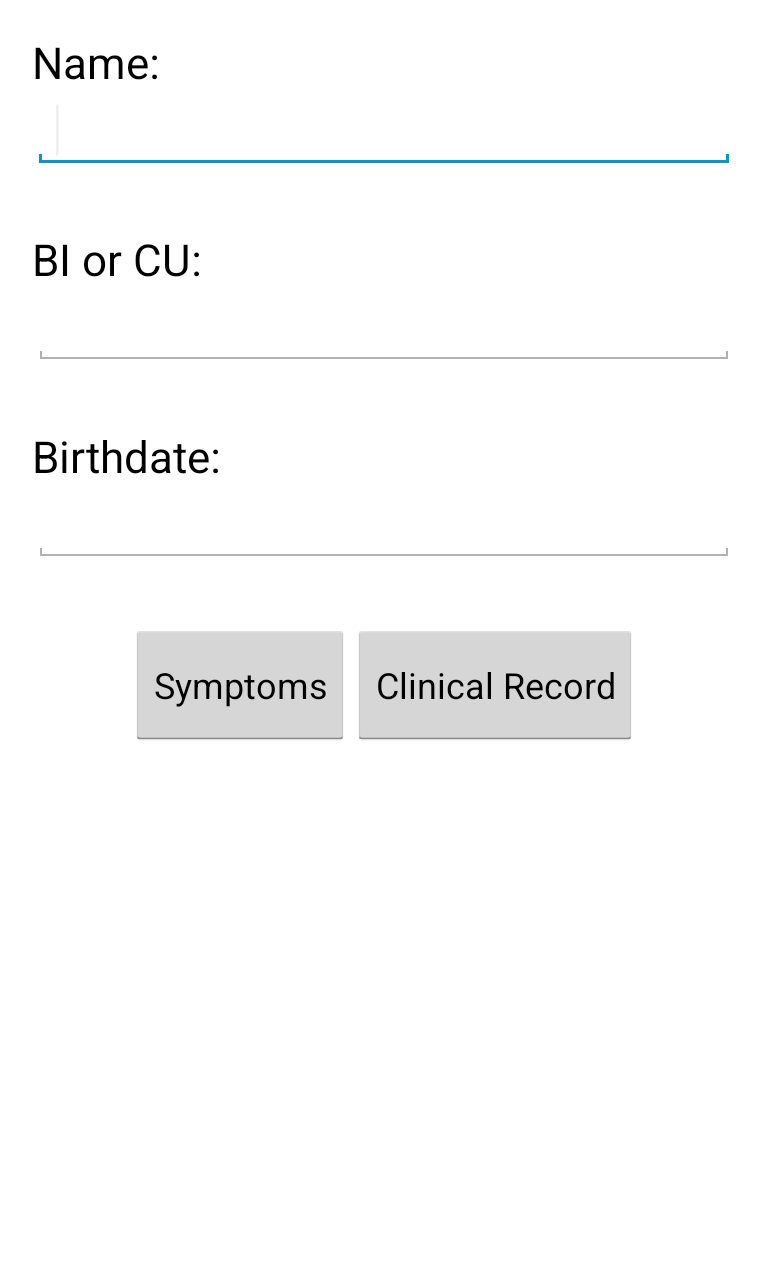
Repository: diogosufil/AcupunturaClienteAndroid
Layout: AcupunturaClienteAndroid/res/layout/activity_appointment.xml
These files come from the project's save history. The layout is drawn as it stood at one moment and after the next save; the edit follows.
It is drawn on a 768 x 1280 px phone screen (xhdpi) without system bars, with theme AppTheme; the app's code is not run.

Above is the layout before, as saved 2015-01-07 15:25:14.

### AcupunturaClienteAndroid/res/layout/activity_appointment.xml
<LinearLayout xmlns:android="http://schemas.android.com/apk/res/android"
    xmlns:tools="http://schemas.android.com/tools"
    android:id="@+id/LinearLayout1"
    android:layout_width="match_parent"
    android:layout_height="match_parent"
    android:orientation="vertical"
    android:paddingBottom="@dimen/activity_vertical_margin"
    android:paddingLeft="@dimen/activity_horizontal_margin"
    android:paddingRight="@dimen/activity_horizontal_margin"
    android:paddingTop="@dimen/activity_vertical_margin"
    tools:context="com.example.acupunturaclienteandroid.Appointment" >

    <TextView
        android:id="@+id/textViewGetExtra"
        android:layout_width="wrap_content"
        android:layout_height="wrap_content"
        android:text="@string/name"
        android:textAppearance="?android:attr/textAppearanceLarge" />

    <EditText
        android:id="@+id/editText1"
        android:layout_width="match_parent"
        android:layout_height="wrap_content"
        android:ems="10" >

        <requestFocus />
    </EditText>

    <TextView
        android:id="@+id/textView2"
        android:layout_width="wrap_content"
        android:layout_height="wrap_content"
        android:text="@string/nothing"
        android:textAppearance="?android:attr/textAppearanceLarge" />

    <TextView
        android:id="@+id/textView1"
        android:layout_width="wrap_content"
        android:layout_height="wrap_content"
        android:text="@string/bi_Cu"
        android:textAppearance="?android:attr/textAppearanceLarge" />

    <EditText
        android:id="@+id/editText2"
        android:layout_width="match_parent"
        android:layout_height="wrap_content"
        android:ems="10" />

    <TextView
        android:id="@+id/textView3"
        android:layout_width="wrap_content"
        android:layout_height="wrap_content"
        android:text="@string/nothing"
        android:textAppearance="?android:attr/textAppearanceLarge" />

    <TextView
        android:id="@+id/textView4"
        android:layout_width="wrap_content"
        android:layout_height="wrap_content"
        android:text="@string/birthdate"
        android:textAppearance="?android:attr/textAppearanceLarge" />

    <EditText
        android:id="@+id/editText3"
        android:layout_width="match_parent"
        android:layout_height="wrap_content"
        android:ems="10" />

    <TextView
        android:id="@+id/textView5"
        android:layout_width="wrap_content"
        android:layout_height="wrap_content"
        android:text="@string/nothing"
        android:textAppearance="?android:attr/textAppearanceLarge" />

    <LinearLayout
        android:layout_width="match_parent"
        android:layout_height="wrap_content"
        android:gravity="center"
        android:orientation="horizontal" >

        <Button
            android:id="@+id/buttonChooseSymptoms"
            android:layout_width="wrap_content"
            android:layout_height="match_parent"
            android:text="@string/symptoms" />

        <Button
            android:id="@+id/button1"
            android:layout_width="wrap_content"
            android:layout_height="62dp"
            android:text="@string/clinicalRecord" />

    </LinearLayout>

</LinearLayout>

### AcupunturaClienteAndroid/res/values/strings.xml
<?xml version="1.0" encoding="utf-8"?>
<resources>

    <string name="app_name">Acupuncture</string>
    <string name="hello_world">Hello world!</string>
    <string name="action_settings">Settings</string>
    <string name="title_activity_menu">Menu</string>
    <string name="title_activity_main">Acupuncture</string>
    <string name="login">Login</string>
    <string name="username">Username</string>
    <string name="password">Password</string>
    <string name="nothing"></string>
    <string name="logout">Logout</string>
    <string name="data_management">Generate Diagnostics</string>
    <string name="human_resources">Human Resources</string>
    <string name="title_activity_data_management">Generate Diagnostics</string>
    <string name="title_activity_human_resources">Human Resources</string>
    <string name="generateDiagnostics">Generate Diagnostics</string>
    <string name="symptoms">Symptoms</string>
    <string name="chooseSymptoms">Choose Symptoms:</string>
    <string name="title_activity_consultation">Consultation</string>
    <string name="title_activity_appointment">New Appointment</string>
    <string name="newAppointment">New Appointment</string>
    <string name="patientBi">Patient Identification (BI or CU):</string>
    <string name="name">Name:</string>
    <string name="bi_Cu">BI or CU:</string>
    <string name="birthdate">Birthdate:</string>
    <string name="clinicalRecord">Clinical Record</string>

</resources>

Loaded but not shown: AcupunturaClienteAndroid/res/values/styles.xml (common file); AcupunturaClienteAndroid/res/values-v11/styles.xml (common file); AcupunturaClienteAndroid/res/values-v14/styles.xml (common file); AcupunturaClienteAndroid/res/values/dimens.xml (common file); AcupunturaClienteAndroid/res/values-w820dp/dimens.xml (common file)

After the next save:
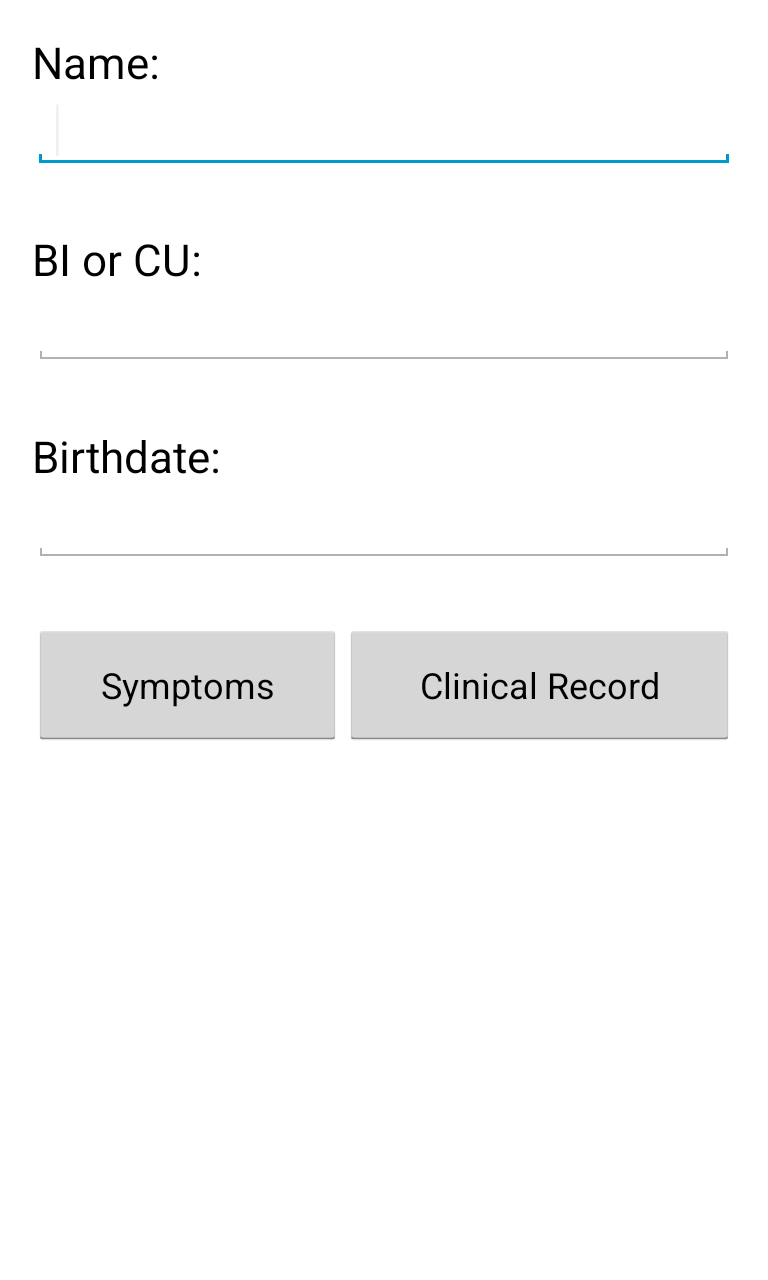
Saved 3 min 45 s later.
--- a/AcupunturaClienteAndroid/res/layout/activity_appointment.xml
+++ b/AcupunturaClienteAndroid/res/layout/activity_appointment.xml
@@ -83,12 +83,14 @@
             android:id="@+id/buttonChooseSymptoms"
             android:layout_width="wrap_content"
             android:layout_height="match_parent"
+            android:layout_weight="1.48"
             android:text="@string/symptoms" />
 
         <Button
             android:id="@+id/button1"
             android:layout_width="wrap_content"
             android:layout_height="62dp"
+            android:layout_weight="1.73"
             android:text="@string/clinicalRecord" />
 
     </LinearLayout>
